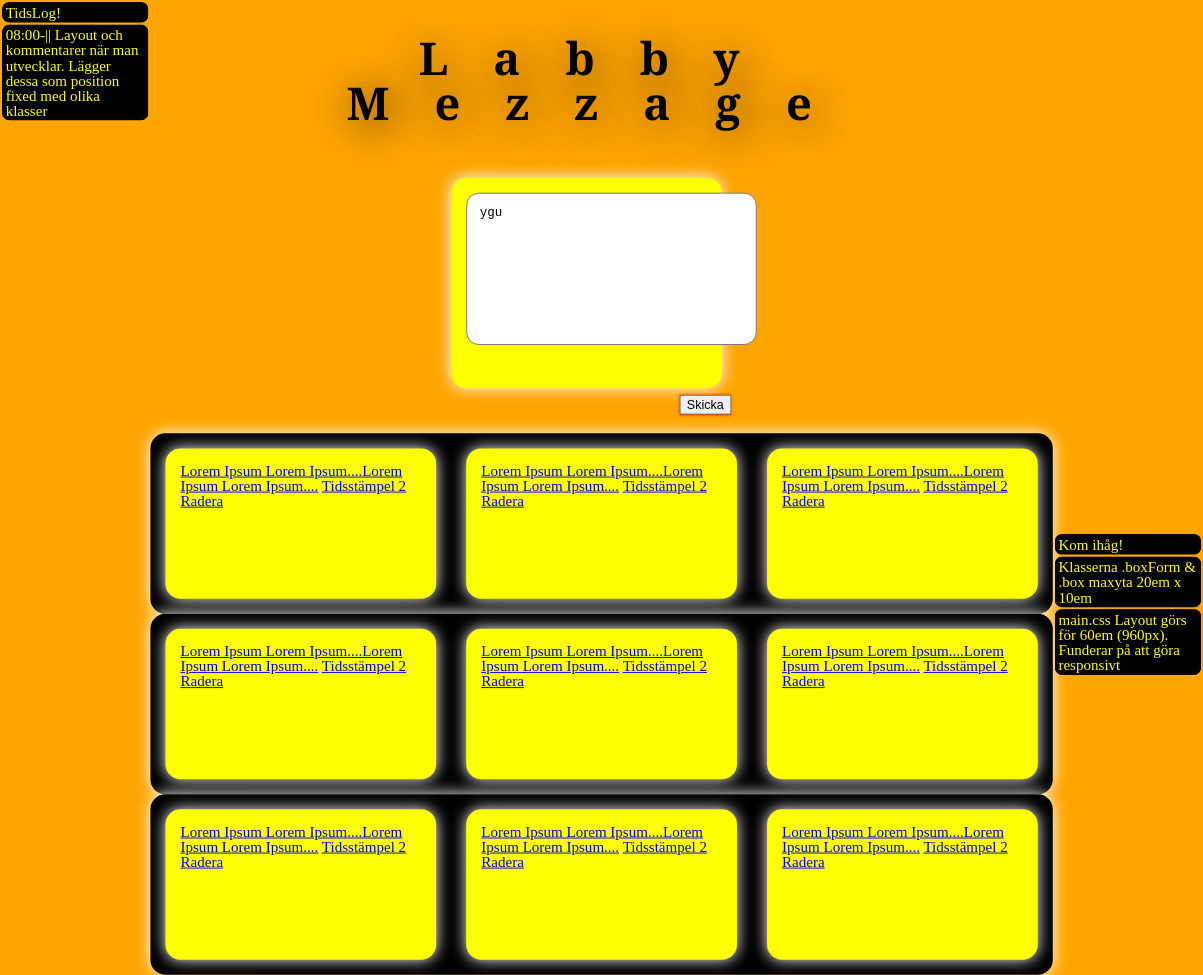
Repository: AndreasAnemyrLNU/1dv403-laborationer-AA223IG
Page: 2-labbymezzage/index.html
The author's editor kept a record of every edit. The page is drawn from the files as they stood at one moment, then again after the next edit.
The browser window is 1280 px wide. The pictures show the whole page, at 94% of full size.

Above is the page before.

### 2-labbymezzage/index.html
<!DOCTYPE html>
<html lang="sv">
    <head>
        <link rel="stylesheet" href="css/main.css" type="text/css" />
        <meta charset="utf-8">
    </head>
    <body>
<!--******************************************************************************************-->
<!--******************************************************************************************-->
        <div class="z fixedRight fixedBottom">
            <p>Kom ihåg!</p>
            <p>Klasserna .boxForm & .box maxyta 20em x 10em</p>
            <p>main.css Layout görs för 60em (960px). Funderar på att göra responsivt</p>
        </div>

        <div class="z">
            <p>TidsLog!</p>
            <p>08:00-|| Layout och kommentarer när man utvecklar. Lägger dessa som position fixed med olika klasser</p>
        </div>
<!--******************************************************************************************-->
<!--******************************************************************************************-->

        <div id="Wrapper">

                <h1>Labby Mezzage</h1>

                <div class="formContainer">
                    <div class="boxForm">
                        <form id="messageForm">
                            <textarea>ygu</textarea>
                            <input id="submit" type="submit" value="Skicka"/>
                        </form>
                    </div>
                </div>

                <div class="messageBoard">

                    <div class="messageContainer">

                        <div class="box">
                            <article class="message">
                                <a class="message block" href="#">Lorem Ipsum Lorem Ipsum....Lorem Ipsum Lorem Ipsum....</a>
                                <a href="#">Tidsstämpel 2 </a><a href="#">Radera</a>
                            </article>
                        </div>

                        <div class="box">
                            <article class="message">
                                <a class="message block" href="#">Lorem Ipsum Lorem Ipsum....Lorem Ipsum Lorem Ipsum....</a>
                                <a href="#">Tidsstämpel 2 </a><a href="#">Radera</a>
                            </article>
                        </div>

                        <div class="box">
                            <article class="message">
                                <a class="message block" href="#">Lorem Ipsum Lorem Ipsum....Lorem Ipsum Lorem Ipsum....</a>
                                <a href="#">Tidsstämpel 2 </a><a href="#">Radera</a>
                            </article>
                        </div>

                    </div>

                    <div class="messageContainer">

                        <div class="box">
                            <article class="message">
                                <a class="message block" href="#">Lorem Ipsum Lorem Ipsum....Lorem Ipsum Lorem Ipsum....</a>
                                <a href="#">Tidsstämpel 2 </a><a href="#">Radera</a>
                            </article>
                        </div>

                        <div class="box">
                            <article class="message">
                                <a class="message block" href="#">Lorem Ipsum Lorem Ipsum....Lorem Ipsum Lorem Ipsum....</a>
                                <a href="#">Tidsstämpel 2 </a><a href="#">Radera</a>
                            </article>
                        </div>

                        <div class="box">
                            <article class="message">
                                <a class="message block" href="#">Lorem Ipsum Lorem Ipsum....Lorem Ipsum Lorem Ipsum....</a>
                                <a href="#">Tidsstämpel 2 </a><a href="#">Radera</a>
                            </article>
                        </div>

                    </div>

                    <div class="messageContainer">

                        <div class="box">
                            <article class="message">
                                <a class="message block" href="#">Lorem Ipsum Lorem Ipsum....Lorem Ipsum Lorem Ipsum....</a>
                                <a href="#">Tidsstämpel 2 </a><a href="#">Radera</a>
                            </article>
                        </div>

                        <div class="box">
                            <article class="message">
                                <a class="message block" href="#">Lorem Ipsum Lorem Ipsum....Lorem Ipsum Lorem Ipsum....</a>
                                <a href="#">Tidsstämpel 2 </a><a href="#">Radera</a>
                            </article>
                        </div>

                        <div class="box">
                            <article class="message">
                                <a class="message block" href="#">Lorem Ipsum Lorem Ipsum....Lorem Ipsum Lorem Ipsum....</a>
                                <a href="#">Tidsstämpel 2 </a><a href="#">Radera</a>
                            </article>
                        </div>

                    </div>

                </div>




        </div>

        <!--<script type="text/javascript" src="js/addEvent.js"></script>-->
        <script type="text/javascript" src="js/run.js"></script>
        <script type="text/javascript" src="js/Message.js"></script>
    </body>
</html>

### 2-labbymezzage/css/main.css
/*Optimized for 960px width*/

/*ColorScheme*/


/* http://meyerweb.com/eric/tools/css/reset/
   v2.0 | 20110126
   License: none (public domain)
*/

html, body, div, span, applet, object, iframe,
h1, h2, h3, h4, h5, h6, p, blockquote, pre,
a, abbr, acronym, address, big, cite, code,
del, dfn, em, img, ins, kbd, q, s, samp,
small, strike, strong, sub, sup, tt, var,
b, u, i, center,
dl, dt, dd, ol, ul, li,
fieldset, form, label, legend,
table, caption, tbody, tfoot, thead, tr, th, td,
article, aside, canvas, details, embed,
figure, figcaption, footer, header, hgroup,
menu, nav, output, ruby, section, summary,
time, mark, audio, video {
	margin: 0;
	padding: 0;
	border: 0;
	font-size: 100%;
	font: inherit;
	vertical-align: baseline;
}
/* HTML5 display-role reset for older browsers */
article, aside, details, figcaption, figure,
footer, header, hgroup, menu, nav, section {
	display: block;
}
body {
	line-height: 1;
}
ol, ul {
	list-style: none;
}
blockquote, q {
	quotes: none;
}
blockquote:before, blockquote:after,
q:before, q:after {
	content: '';
	content: none;
}
table {
	border-collapse: collapse;
	border-spacing: 0;
}

/*END OF MEYER'S RESET*/

body{
    background-color:orange;
}

form{
    float: left;
}
h1{
    font-family: georgia;
    font-size: 3em;
    font-weight: 700;
    letter-spacing: 1em;
    padding: .8em;
    text-align: center;
    text-shadow: black .1em .1em 1em;
}
input[type="submit"]{
    box-shadow: red 0 0 .2em;
    clear: both;
    float: left;
    margin: 4em 17em;
}
textarea{
    border-radius: 1em;
    float: left;
    height: 10em;
    overflow:hidden;
    padding: 1em;
    resize: none;
    width: 21em;
}
#Wrapper{
    background-color: orange;
    display: block;
    margin: auto;
    width: 60em;
}
.fixedBottom{
    bottom: 0;
}
/* height 10em, width 20em */
.box{
    /*border: 0.0625em solid black*/ ;
    border-radius: 1em;
    background-color: yellow;
    box-shadow: white 0 0 1em;
    float: left;
    height: 8em;
    padding: 1em;
    transform: scale(1);
    transition-duration: 2s;
    margin: 1em;
    width: 16em;
}
.box:hover{
    box-shadow: red 0 0 .1250;
    transform: scale(1.05, 1.05);
    transition-duration: .7s;

}
.boxForm{
    /*border: 0.0625em solid black*/ ;
    border-radius: 1em;
    background-color: yellow;
    box-shadow: white 0 0 1em;
    float: left;
    height: 12em;
    padding: 1em;
    transform: scale(1);
    transition-duration: .7s;
    margin: 1em 0 3em 0;
    width: 16em;
}
.fixedRight{
    right: 0;
}
.messageBoard{
    display: block;
    clear: both;
}
.formContainer{
    margin: auto;
    width: 20em;
}
.messageContainer{
    background-color: black;
    border-radius: 1em;
    box-shadow: white 0 0 1em;
    clear: both;
    overflow: auto;
    transition-duration: 1.5s;
}
.messageContainer:hover{
    box-shadow: white 0 0 0;
    transition-duration: 1.5s;
}

/*Comments for developer*/
.z{
    position: fixed;
    width: 10em;
}
.z p{
    background-color: black;
    border: .1250em solid black;
    border-radius: .5em;
    color: yellow;
    border-bottom: none;
    margin: .1250em;
    padding: .1250em;
}

### 2-labbymezzage/js/run.js
"use strict";


var run = {

    messages:   [],

    init:       function(){


    var submit = document.getElementById("submit");
    submit.addEventListener("click", run.createMessage, false);
    },

    createMessage:  function(){
    run.messages.push(new Message( document.getElementById("messageInputArea").value , new Date()));
    console.log(run.messages[0].toString());
    },

};

window.onload = run.init;

### 2-labbymezzage/js/Message.js
"use strict";

//Start - Message constructor***************************\\

function Message(message, date){

    this.getText = function(){
        return message;
    };

    this.setText = function (_text){
        message = _text;
    };

    this.getDate = function(){
        return date;
    };

    this.setDate = function (_date){
        message = _date;
    };



}

//*****************************Message constructor - End\\
//******************************************************\\
//Start - Message.prototype*****************************\\

Message.prototype.toString = function(){
    return this.getText()+" ("+this.getDate()+")";
};

Message.prototype.HTMLText = function(){
    alert("getHTMLText in Message not implemented!");
};

//***********************Start - Message.prototype - End\\

After the next edit:
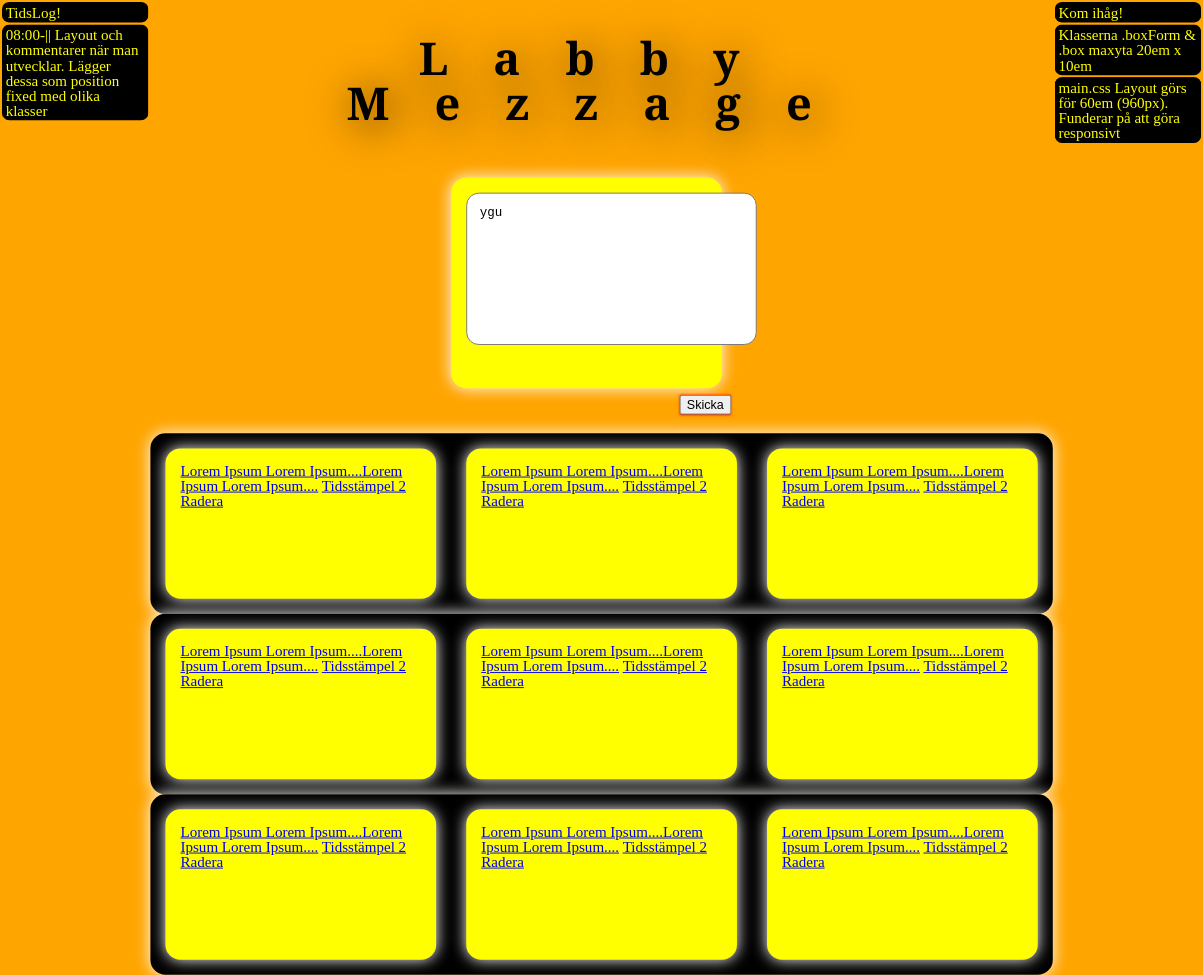
The edit:
--- a/2-labbymezzage/css/main.css
+++ b/2-labbymezzage/css/main.css
@@ -91,9 +91,6 @@
     margin: auto;
     width: 60em;
 }
-.fixedBottom{
-    bottom: 0;
-}
 /* height 10em, width 20em */
 .box{
     /*border: 0.0625em solid black*/ ;

After the edit that followed:
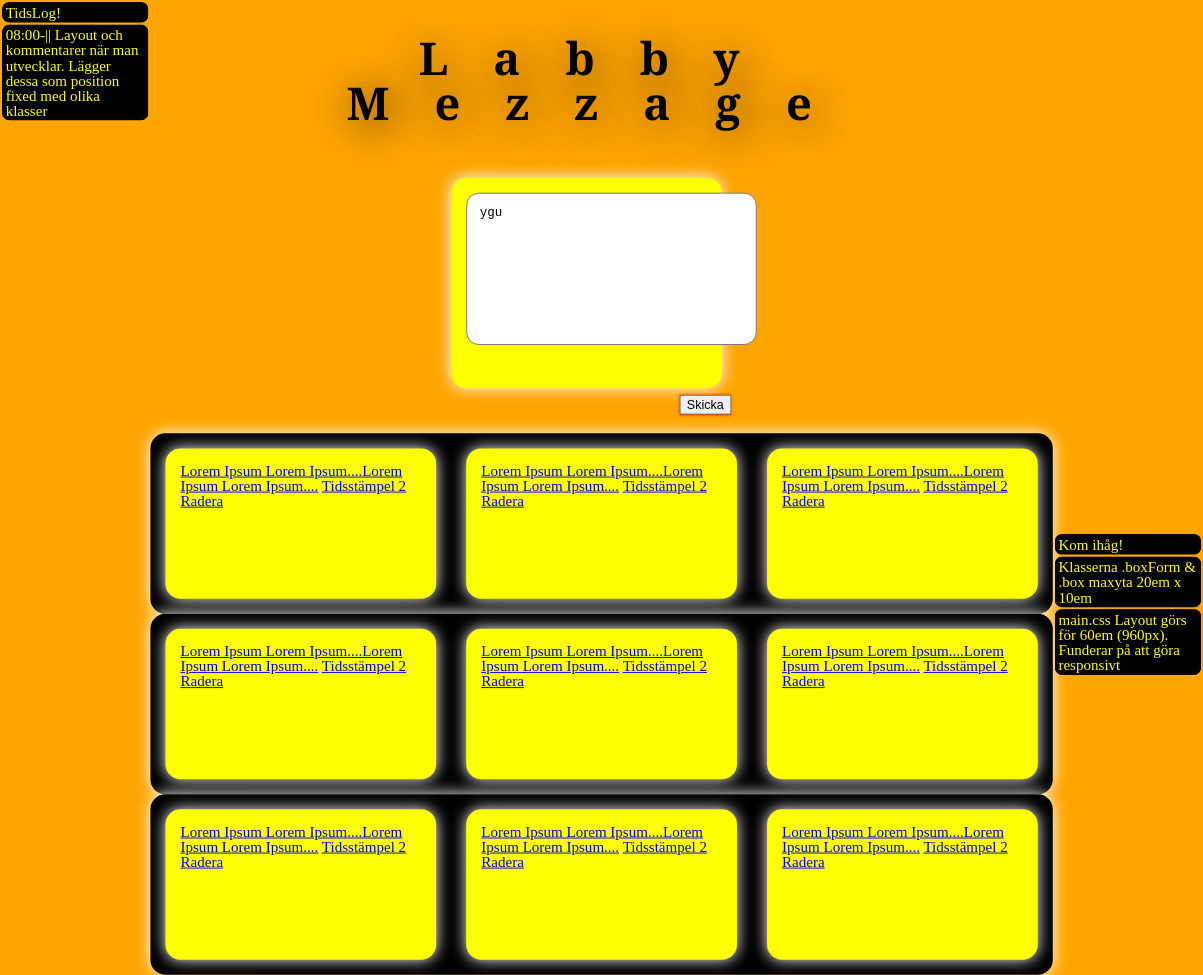
The edit:
--- a/2-labbymezzage/css/main.css
+++ b/2-labbymezzage/css/main.css
@@ -124,6 +124,9 @@
     margin: 1em 0 3em 0;
     width: 16em;
 }
+.fixedBottom{
+    bottom: 0;
+}
 .fixedRight{
     right: 0;
 }
